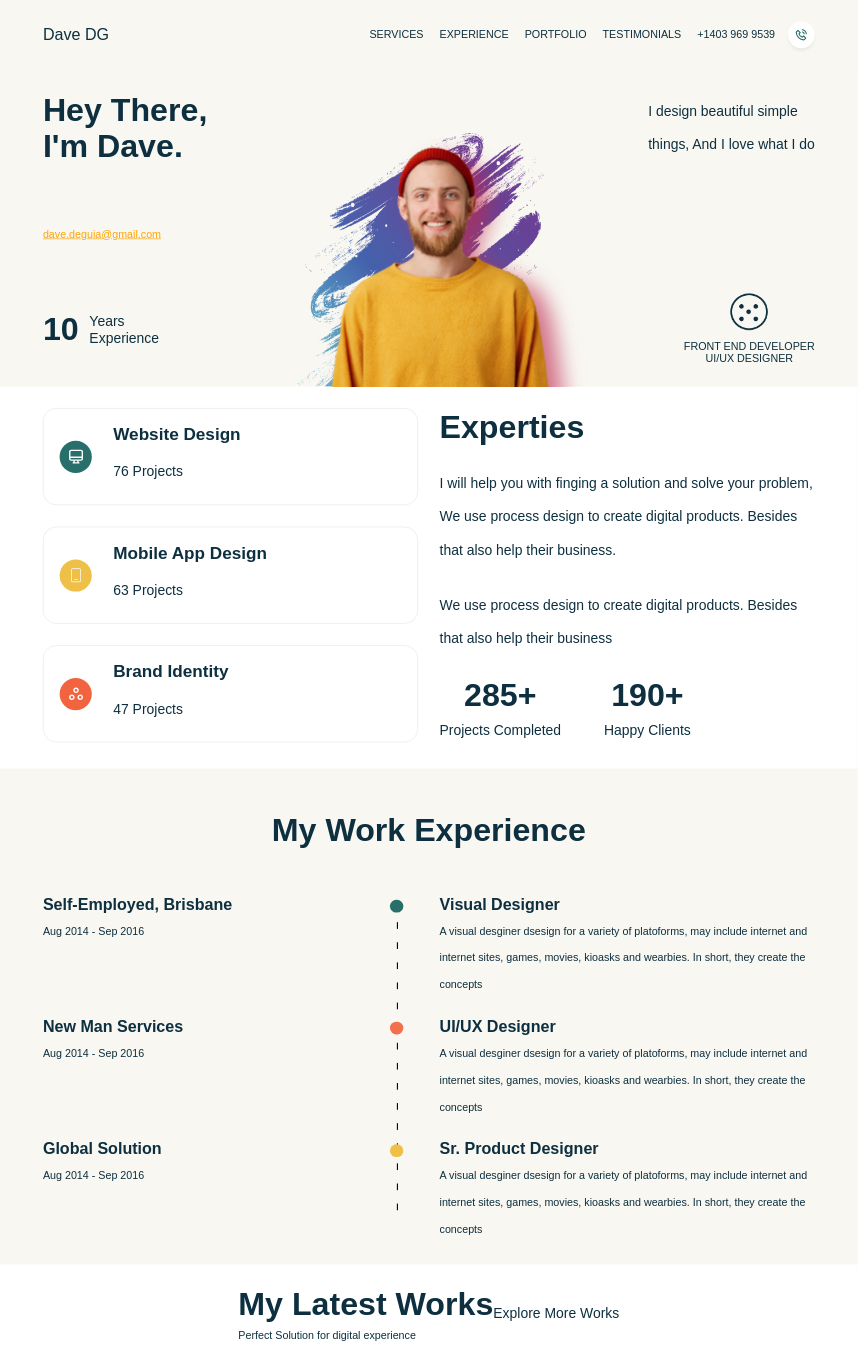
Repository: davedeguia/framer-motion-portfolio
Page: /
The author's editor kept a copy of each file at every save. The page is drawn from the files as they stood at one save, then again after a run of saves.
The browser window is 1280 px wide. The pictures show the whole page, at 67% of full size.
Some web fonts or font styles are not loaded; a fallback is used. The project was rebuilt for these pictures with package versions that can differ from the ones it lists, and the page was loaded fresh each time. Also part of the build but not shown: vite.config.js.

Above is the page before, as saved 2023-02-10 22:04:50.

After the next 2 saves:
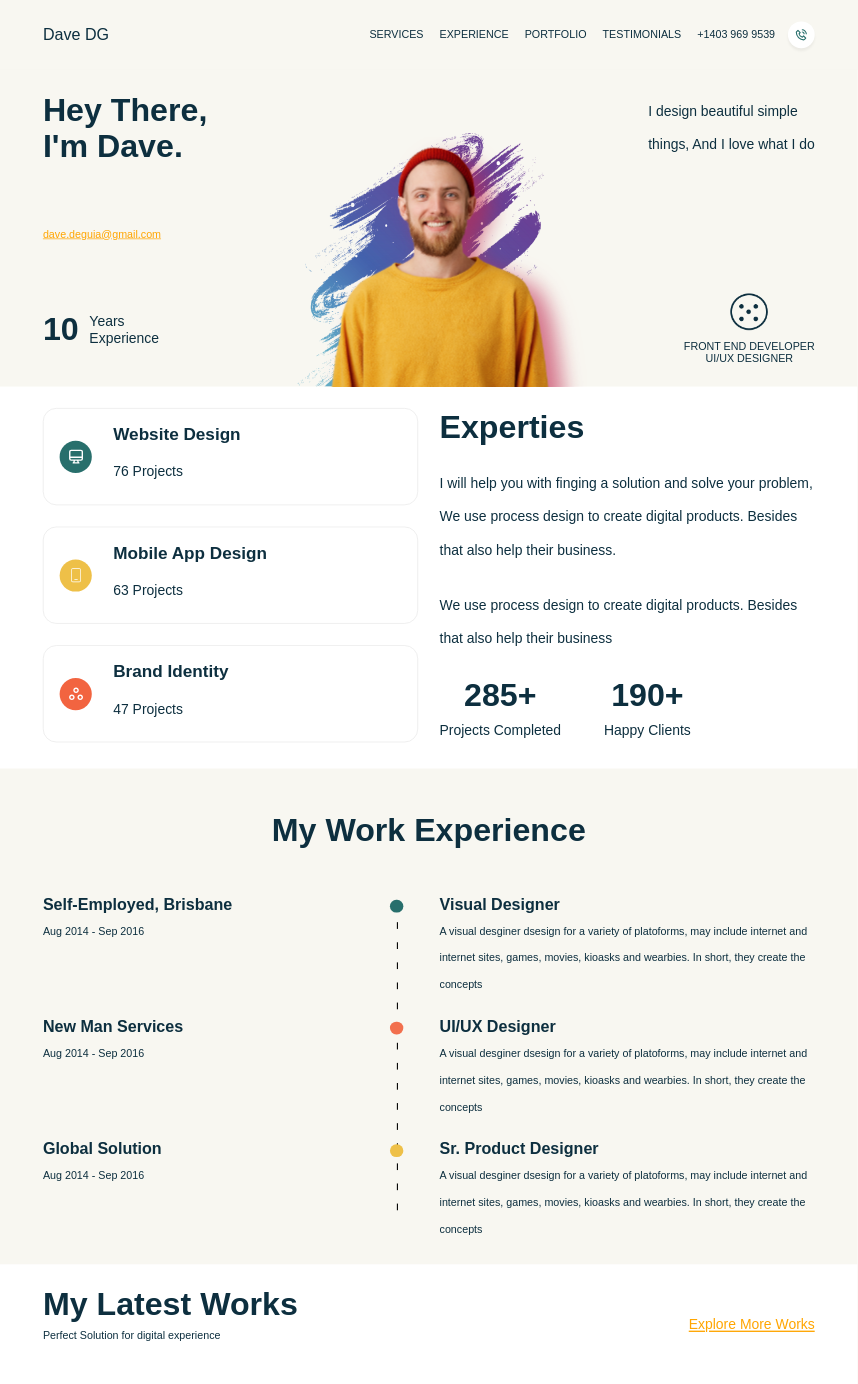
The 2 saves are shown as one change because 1 did not build or start.
The last was saved 119 s later.
--- a/src/components/Portfolio/Portfolio.module.scss
+++ b/src/components/Portfolio/Portfolio.module.scss
@@ -2,8 +2,24 @@
 
 .wrapper {
     background: white;
+    overflow: hidden;
 
     .container {
+        flex-direction: column;
+        gap: 2rem;
 
+        .heading {
+            width: 100%;
+            justify-content: space-between;
+            align-items: flex-end;
+            flex-wrap: wrap;
+            >:nth-child(2)
+            {
+                text-decoration: underline;
+                color: orange;
+                cursor: pointer;
+
+            }
+        }
     }
 }
